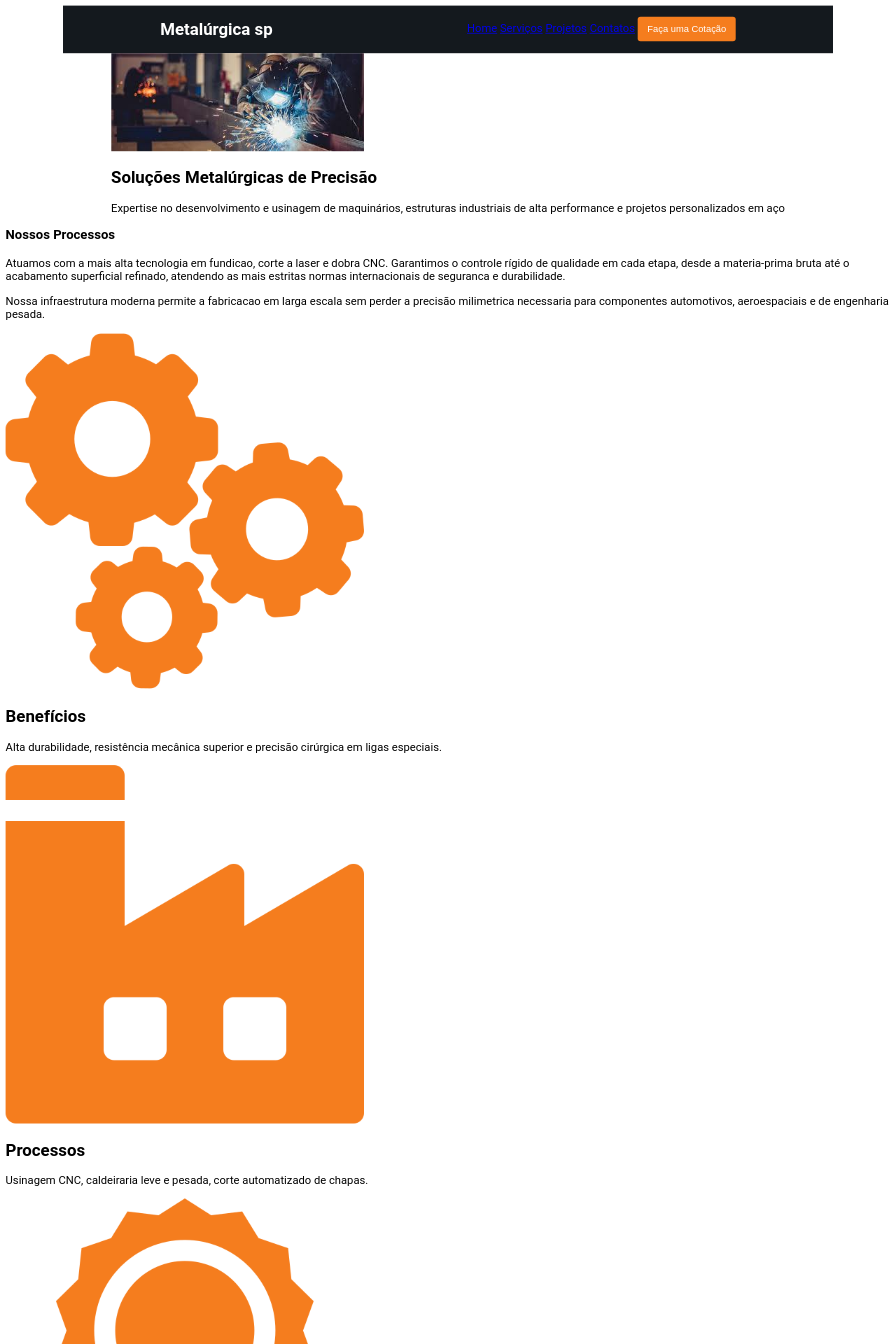
Repository: guiCherpinski/landing-page-metalurgica
Page: index.html
The author's editor kept a copy of each file at every save. The page is drawn from the files as they stood at one save, then again after the next save.
The browser window is 1280 px wide. The pictures show the part of the page from y = 0 to 1920 px (the page is 5681 px tall), at 70% of full size.

Above is the page before, as saved 2026-06-03 19:47:38.

After the next save:
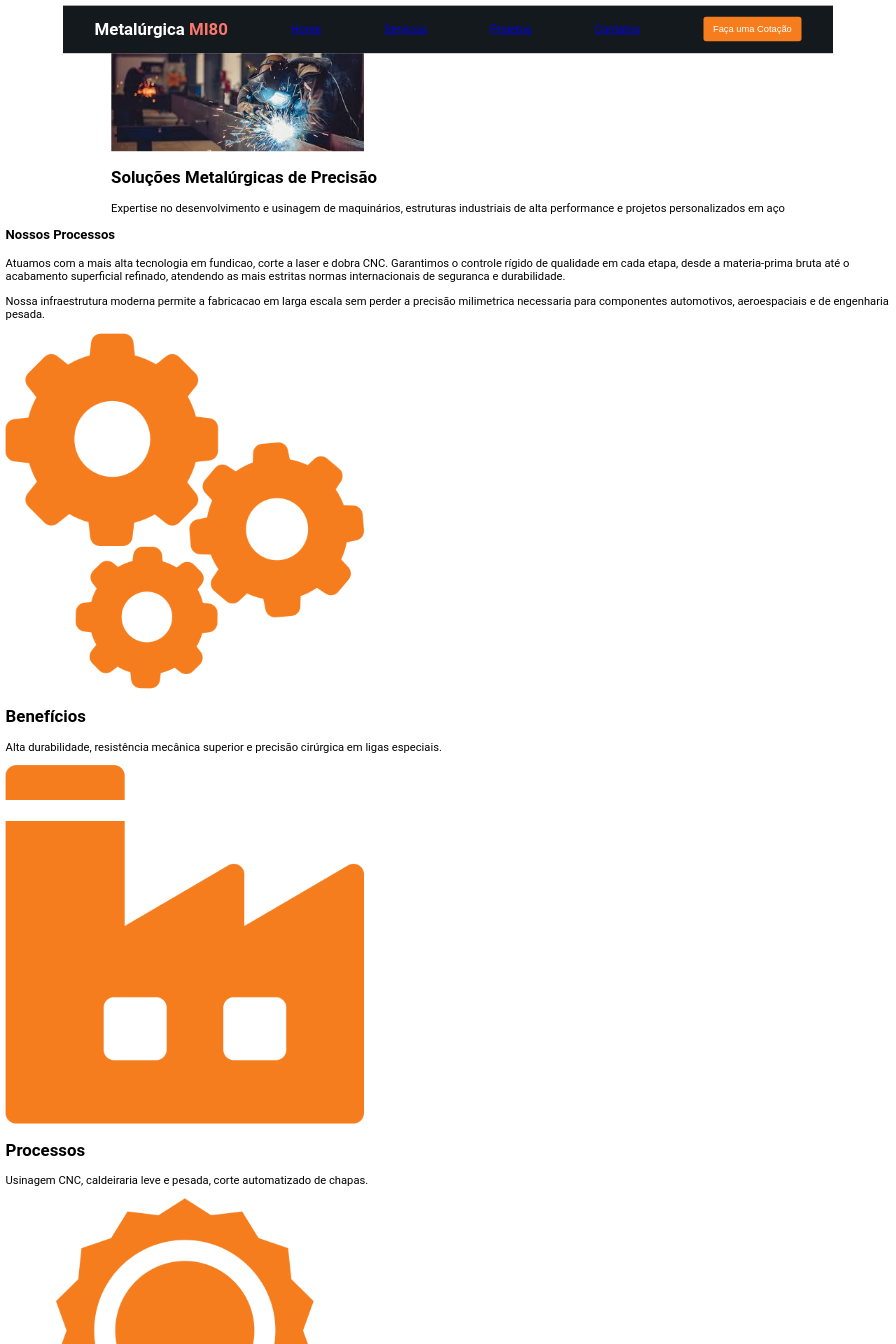
Saved 5 s later.
--- a/index.html
+++ b/index.html
@@ -9,15 +9,14 @@
 <body>
     <header>
         <nav>
-            <h1>Metalúrgica sp</h1>
+            <h1>Metalúrgica <span>MI80</span></h1>
 
-            <div class = "buttons">
-                <a href="/">Home</a>
-                <a href="/">Serviços</a>
-                <a href="/">Projetos</a>
-                <a href="/">Contatos</a>
-                <button>Faça uma Cotação</button>
-            </div>
+            <a href="/">Home</a>
+            <a href="/">Serviços</a>
+            <a href="/">Projetos</a>
+            <a href="/">Contatos</a>
+            <button>Faça uma Cotação</button>
+
         </nav>
     </header>
 
